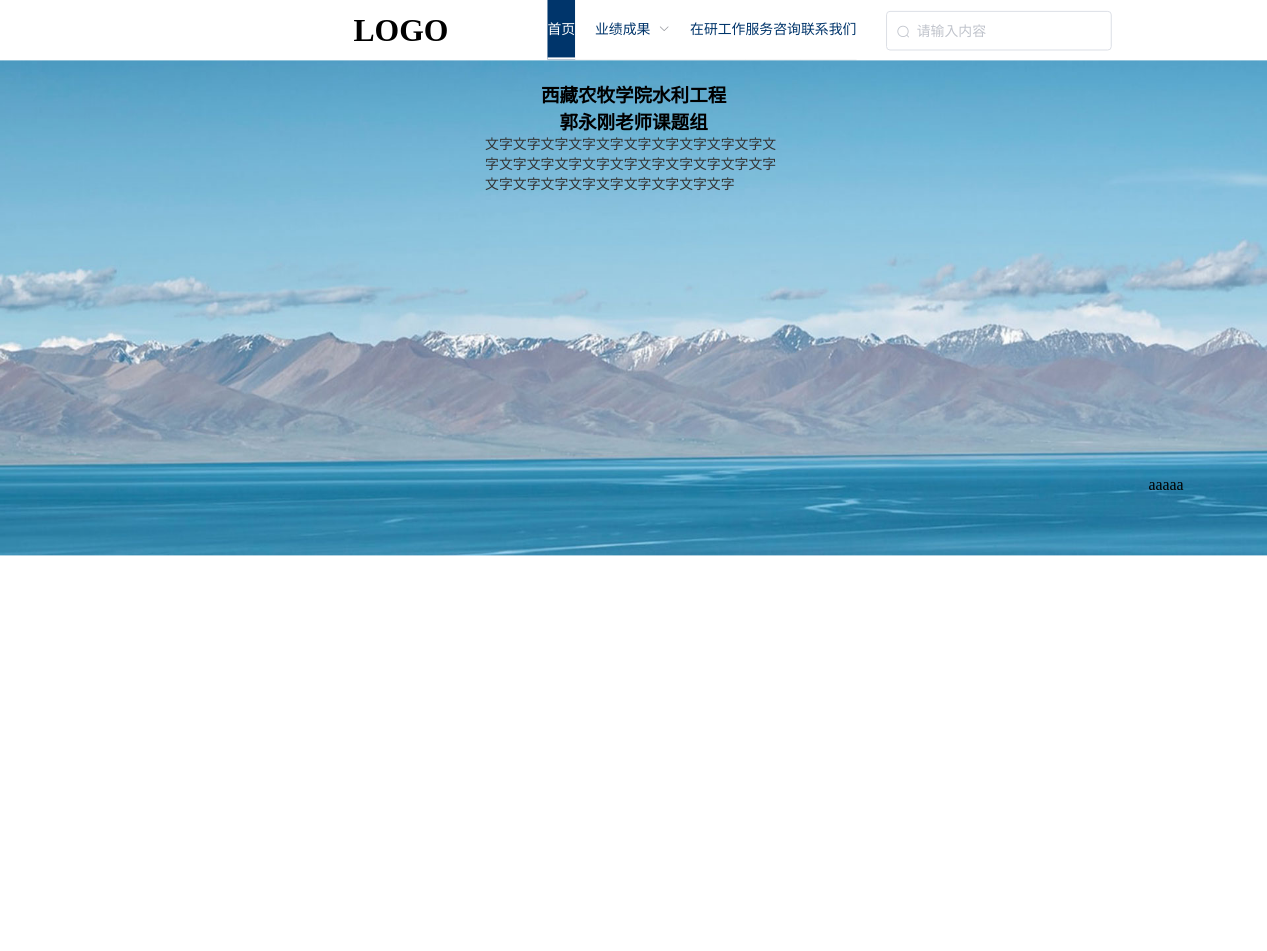
Repository: BLSY/xzust
Page: /
These files come from the project's save history. The page is drawn as it stood at one moment and after the next save; the edit follows.
The browser window is 1280 px wide. The pictures show the whole page, at 99% of full size.
The project was rebuilt for these pictures with package versions that can differ from the ones it lists, and the page was loaded fresh each time.

Above is the page before, as saved 2022-11-26 21:13:27.

### index.html
<!DOCTYPE html>
<html>
  <head>
    <meta charset="utf-8">
    <meta name="viewport" content="width=device-width,initial-scale=1.0">
    <title>student</title>
  </head>
  <body style="margin:0;">
    <div id="app"></div>
    <!-- built files will be auto injected -->
  </body>
</html>

### src/main.js
// The Vue build version to load with the `import` command
// (runtime-only or standalone) has been set in webpack.base.conf with an alias.
import Vue from 'vue'
import App from './App'
import ElementUI from 'element-ui';
import 'element-ui/lib/theme-chalk/index.css';
import router from './router'

Vue.use(ElementUI);
Vue.config.productionTip = false

/* eslint-disable no-new */
new Vue({
  el: '#app',
  router,
  components: { App },
  template: '<App/>'
})

### src/App.vue
<template>
  <div id="app">
    <router-view/>
  </div>
</template>

<script>
export default {
  name: 'App'
}
</script>

<style>
#app {

}
</style>

### src/components/HelloWorld.vue
<template>
  <div class="indexBox">
    <div class="nav">
      <div class="login">LOGO</div>
      <div class="navList">
        <el-menu
          :default-active="activeIndex2"
          class="el-menu-demo"
          mode="horizontal"
          @select="handleSelect"
          background-color="#fff"
          text-color="#00356B"
          active-text-color="#fff"
        >
          <el-menu-item index="1">首页</el-menu-item>
          <el-submenu index="2">
            <template slot="title">业绩成果</template>
            <el-menu-item index="2-1">选项1</el-menu-item>
            <el-menu-item index="2-2">选项2</el-menu-item>
            <el-menu-item index="2-3">选项3</el-menu-item>
          </el-submenu>
          <el-menu-item index="3">在研工作</el-menu-item>
          <el-menu-item index="4">服务咨询</el-menu-item>
          <el-menu-item index="5">联系我们</el-menu-item>
        </el-menu>
      </div>
      <div class="serch">
        <el-input
          placeholder="请输入内容"
          prefix-icon="el-icon-search"
          v-model="input2"
        >
        </el-input>
      </div>
    </div>
    <div class="top">
      <div class="toptext">
        <h3>西藏农牧学院水利工程</h3>
        <h3>郭永刚老师课题组</h3>
        <div class="detil">
          文字文字文字文字文字文字文字文字文字文字文字文字文字文字文字文字文字文字文字文字文字文字文字文字文字文字文字文字文字文字
        </div>

      </div>
      <div class="starvidio">
          aaaaa
        </div>
    </div>
    <div class="team">
      <div class="teamleft">

      </div>
      <div class="teamRight">

      </div>
    </div>
  </div>
</template>

<script>
export default {
  name: "HelloWorld",
  data() {
    return {
      activeIndex2: "1",
      input2: "",
    };
  },
  props: {
    msg: String,
  },
  methods: {
    handleSelect(key, keyPath) {
      console.log(key, keyPath);
    },
  },
};
</script>

<!-- Add "scoped" attribute to limit CSS to this component only -->
<style scoped >
*{
  margin:0;
  padding: 0;
  list-style: none;
}
.indexBox {

  width: 100%;
  height: 100%;
  position: relative;


}
.nav {
  width: 100%;
  display: flex;
  align-items: center;
  justify-content: center;
}
.login {
  display: inline-block;
  font-size: 32px;
  font-weight: bold;
  font-family: MicrosoftYaHei;
  margin-left: 200px;
  margin-right: 100px;
}
.navList{
  display: inline-block;
}
.serch{
  display: inline-block;
  margin-left:30px ;
}
.el-menu-item.is-active{
  background: #00356B !important;
}
.top{
  box-sizing: border-box;
  background: url(../assets/topbackg.jpg) no-repeat ;
  background-size:100% 100% ;
  position: relative;
  width: 100%;
  height: 500px;
  overflow: hidden;
}
  .toptext{
    margin-top: 20px;
    width: 100%;
    text-align: center;
  }
  .detil{
    display: inline-block;
    width:300px;
    font-size: 14px;
    text-align: left;
    color:#333;
  }
  .starvidio{
    position: absolute;
    bottom: 20px;
    right: 60px;
    height: 60px;
    width: 60px;
  }
  .team{
    height: 400px;
    width:100%;
    display: flex;
    flex-direction: row;
    align-items: center;
    justify-content: center;
  }
  .teamLeft{
    width: 500px;
  }
  .teamRight{
    width: 600px;
  }
</style>

Loaded but not shown: src/router/index.js (common file)

After the next save:
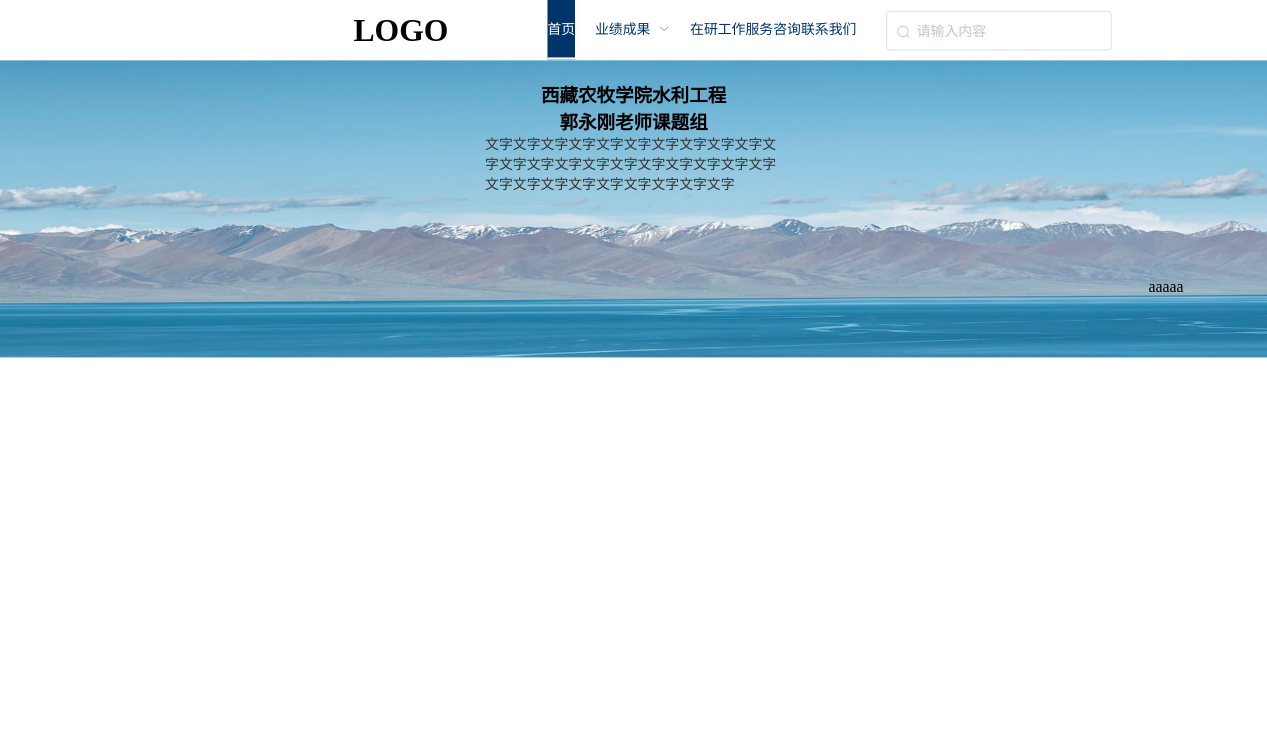
Saved 22 s later.
--- a/src/components/HelloWorld.vue
+++ b/src/components/HelloWorld.vue
@@ -122,7 +122,7 @@ export default {
   background-size:100% 100% ;
   position: relative;
   width: 100%;
-  height: 500px;
+  height: 300px;
   overflow: hidden;
 }
   .toptext{
